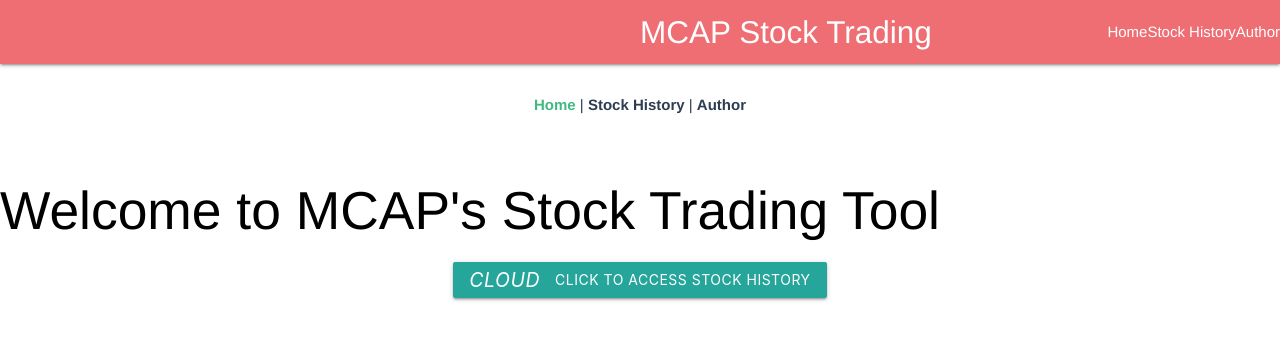
Repository: pandyarudra/stock-symbol-app
Page: /
An editor plug-in stored every save of this project. The page is shown before and after the next save, followed by the edit.
The browser window is 1280 px wide. The pictures show the whole page.
The project was rebuilt for these pictures with package versions that can differ from the ones it lists, and the page was loaded fresh each time.

Above is the page before, as saved 2020-09-14 22:14:11.

After the next save:
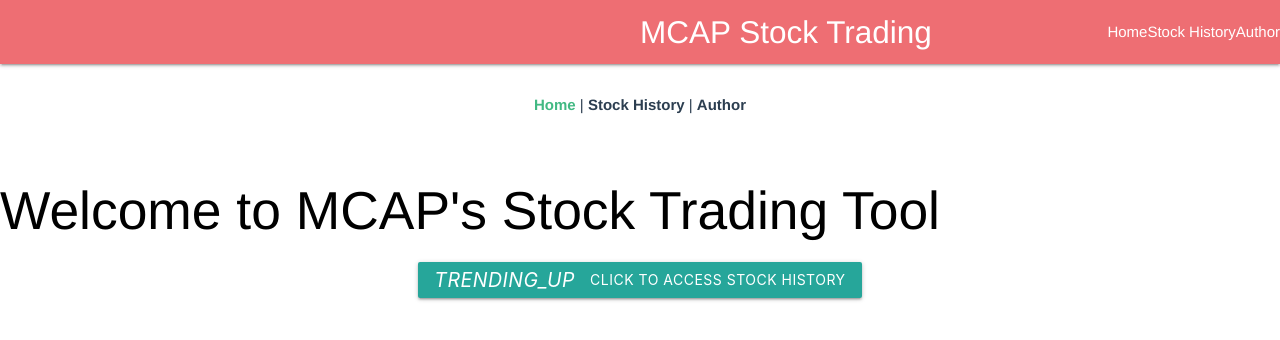
Saved 27 s later.
--- a/src/views/WelcomePage.vue
+++ b/src/views/WelcomePage.vue
@@ -2,7 +2,7 @@
 <div class="col">
     <h2 class="left">Welcome to MCAP's Stock Trading Tool
     </h2>
-    <button class="btn waves-effect waves-light"><i class="material-icons left">cloud</i>Click to Access Stock History</button>
+    <button class="btn waves-effect waves-light"><i class="material-icons left">trending_up</i>Click to Access Stock History</button>
 </div>
 </template>
 
